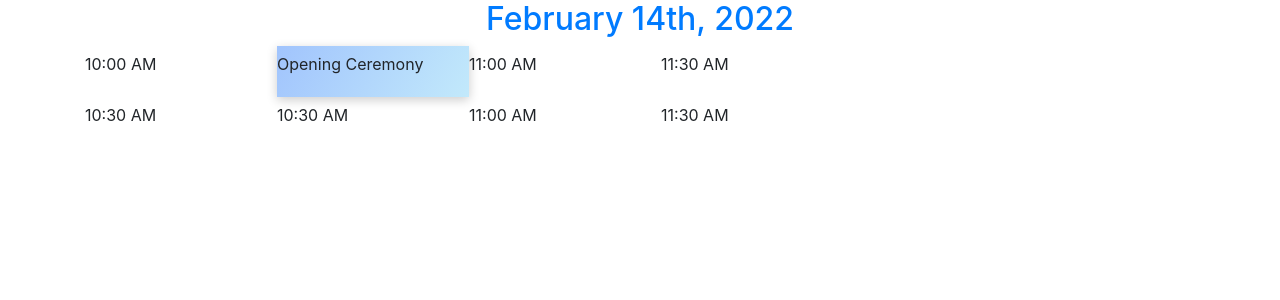
Repository: BaileyLuu/yuHacks2022
Page: public/schedule.html
An editor plug-in stored every save of this project. The page is shown before and after the next save, followed by the edit.
The browser window is 1280 px wide. The pictures show the whole page.
Some web libraries are served in a nearby version.

Above is the page before, as saved 2021-11-20 12:41:22.

After the next save:
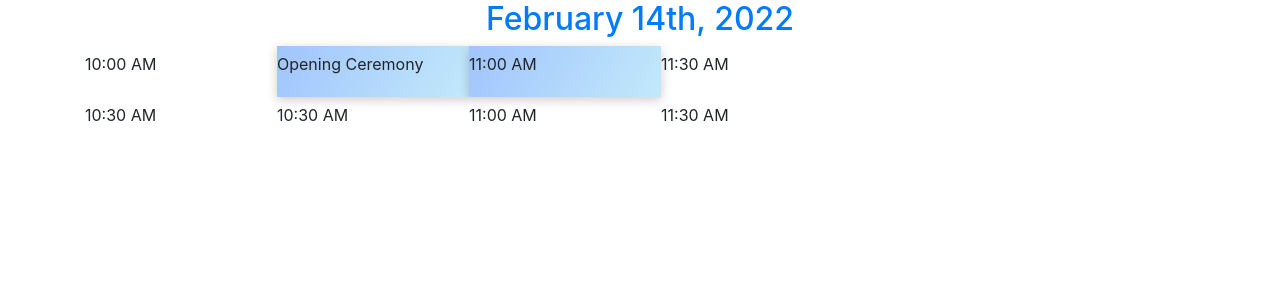
Saved 36 s later.
--- a/public/schedule.html
+++ b/public/schedule.html
@@ -68,7 +68,7 @@
                     <div class="box schedule-time">
                         <div class="schedule-time">10:00 AM</div>
                         <div class="schedule-time session-box">Opening Ceremony</div>
-                        <div class="schedule-time">11:00 AM</div>
+                        <div class="schedule-time session-box">11:00 AM</div>
                         <div class="schedule-time">11:30 AM</div>
                         <!-- <div class="schedule-time">12:00 PM</div>
                         <div class="schedule-time">12:30 PM</div>

After the save that followed:
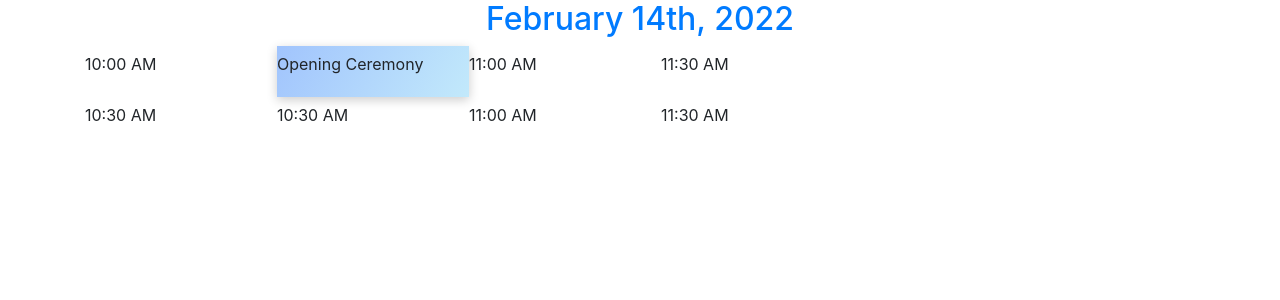
Saved 8 s later.
--- a/public/schedule.html
+++ b/public/schedule.html
@@ -68,7 +68,7 @@
                     <div class="box schedule-time">
                         <div class="schedule-time">10:00 AM</div>
                         <div class="schedule-time session-box">Opening Ceremony</div>
-                        <div class="schedule-time session-box">11:00 AM</div>
+                        <div class="schedule-time">11:00 AM</div>
                         <div class="schedule-time">11:30 AM</div>
                         <!-- <div class="schedule-time">12:00 PM</div>
                         <div class="schedule-time">12:30 PM</div>
